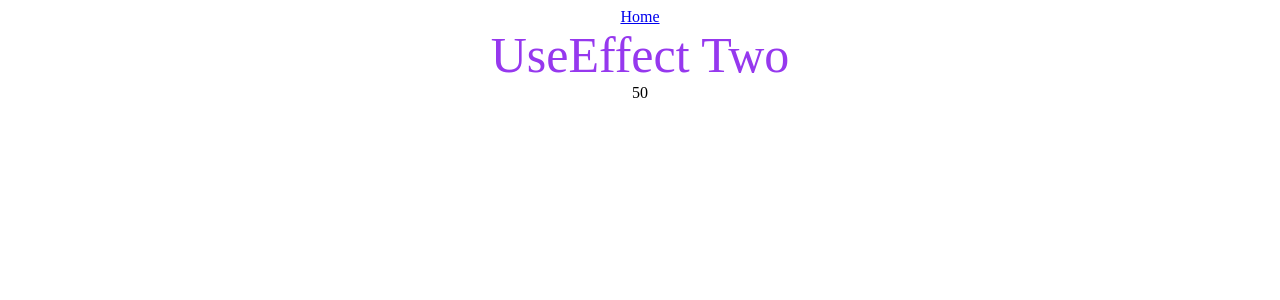
Repository: KanaKimishima/carousel
Page: /useEffectTwo
These files come from the project's save history. The page is drawn as it stood at one moment and after a run of saves; the edit follows.
The browser window is 1280 px wide. The pictures show the whole page.
The project was rebuilt for these pictures with package versions that can differ from the ones it lists, and the page was loaded fresh each time. The framework's server and built-in components were replaced by stand-ins that run in the browser. Also part of the build but not shown: next.config.js.

Above is the page before, as saved 2023-02-21 01:04:19.

### pages/useEffectTwo.js
import Link from "next/link";
import { useEffect, useState } from "react";
import style from '@/styles/UseEffectTwo.module.css'

export default function UseEffectTwo() {
    const [number, setNumber] = useState(0);

    useEffect(() => {
        console.log(number);
        setNumber(number + 50);
    }, [])

    return(
        <main className={style.main}>
            <Link href="/">Home</Link>
            <div className={style.heading}>
                UseEffect Two
            </div>
            <div className={style.number}>
                {number}
            </div>
        </main>
    )
}

### styles/globals.css
:root {
  --lightbrue: rgb(128, 213, 255);
  --purple: rgb(150, 56, 238);
  --red: rgb(255, 42, 42);
}

### styles/UseEffectTwo.module.css
.main {
    text-align: center;

}

.heading {
    font-size: 50px;
    color: var(--purple);
}

Loaded but not shown: pages/_app.js (common file); pages/_document.js (common file)

After the next 5 saves:
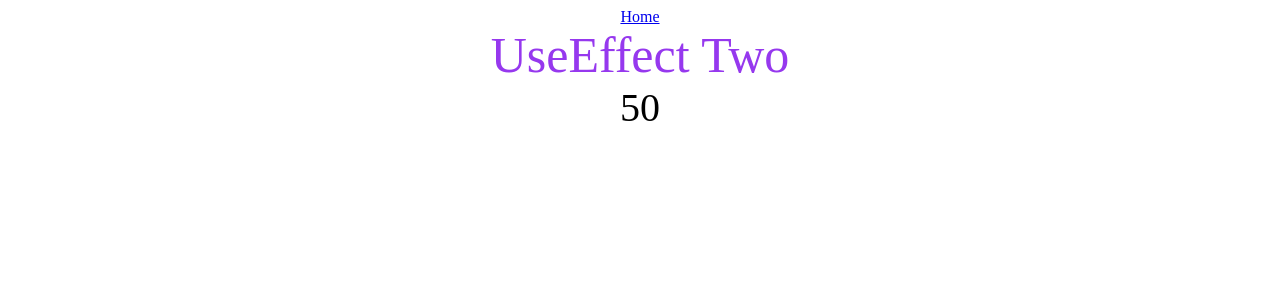
The 5 saves are shown as one change because they came seconds apart.
The last was saved 12 s later.
--- a/styles/UseEffectTwo.module.css
+++ b/styles/UseEffectTwo.module.css
@@ -7,3 +7,7 @@
     font-size: 50px;
     color: var(--purple);
 }
+
+.number {
+    font-size: 40px;
+}
